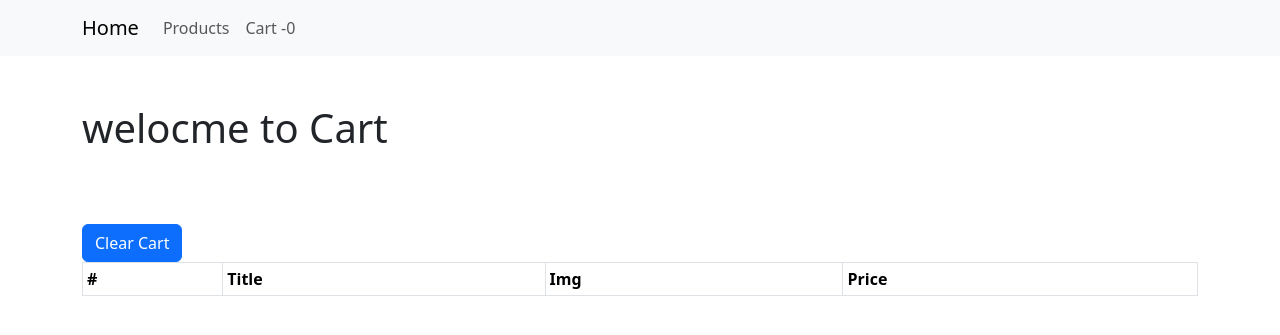
Repository: abdulrahmanmahmood/Basic-Cart-App-Using-Redux-Toolkit
Page: /cart
The author's editor kept a copy of each file at every save. The page is drawn from the files as they stood at one save, then again after the next save.
The browser window is 1280 px wide. The pictures show the whole page.
The project was rebuilt for these pictures with package versions that can differ from the ones it lists, and the page was loaded fresh each time. Also part of the build but not shown: src/App.css, src/components/Produc.js, src/App.js.

Above is the page before, as saved 2023-09-28 21:50:51.

### public/index.html
<!DOCTYPE html>
<html lang="en">
  <head>
    <meta charset="utf-8" />
    <link rel="icon" href="%PUBLIC_URL%/favicon.ico" />
    <meta name="viewport" content="width=device-width, initial-scale=1" />
    <meta name="theme-color" content="#000000" />
    <meta
      name="description"
      content="Web site created using create-react-app"
    />

    <title>React App</title>
  </head>
  <body>
    <div id="root"></div>

  </body>
</html>

### src/index.js
import React from "react";
import ReactDOM from "react-dom/client";
import "./index.css";
import App from "./App";
import "bootstrap/dist/css/bootstrap.min.css";
import { createBrowserRouter, RouterProvider } from "react-router-dom";
import AppNavbar from "./components/AppNavbar";
import Cart from "./components/Cart";
import { Provider } from "react-redux";
import {store} from './rtk/store';
const router = createBrowserRouter([
  {
    path: "/",
    element: <App />,
  },
  {
    path: "/cart",
    element: (
      <>
        <AppNavbar />
        <Cart />
      </>
    ),
  },
]);

const root = ReactDOM.createRoot(document.getElementById("root"));
root.render(
  <React.StrictMode>
    <Provider store={store}>
      <RouterProvider router={router}>
        <App />
      </RouterProvider>
    </Provider>
  </React.StrictMode>
);

### src/components/AppNavbar.js
import React, { useEffect } from "react";
import { Container, Nav, NavDropdown, Navbar } from "react-bootstrap";
import { useSelector } from "react-redux";
import { Link } from "react-router-dom";

function AppNavbar() {
  const Cart = useSelector((state)=>state.cart);

useEffect(()=>{

},[])
  return (
    <Navbar expand="lg" className="bg-body-tertiary">
      <Container>
        <Link className="navbar-brand" to="/">
          Home
        </Link>
        <Navbar.Toggle aria-controls="basic-navbar-nav" />
        <Navbar.Collapse id="basic-navbar-nav">
          <Nav className="me-auto">
            <Link className="nav-link" to="/">
              Products
            </Link>
            <Link className="nav-link" to="/cart">
              Cart -{Cart.length}
            </Link>
          </Nav>
        </Navbar.Collapse>
      </Container>
    </Navbar>
  );
}

export default AppNavbar;

### src/components/Cart.js
import React from 'react'
import { useDispatch, useSelector } from 'react-redux'
import { clearCart, deleteFromCart } from '../rtk/slicess/cart-slice'
import { Container, Table, Button } from 'react-bootstrap'

function Cart() {
  const dispatch = useDispatch()
  const cart = useSelector((state)=>state.cart)
  return (
    <Container>
    <h1 className='py-5'>welocme to Cart</h1>
    <Button className='mt-3' onClick={()=>dispatch(clearCart())}>Clear Cart</Button>
    <Table striped bordered hover size="sm">
      <thead>
        <tr>
          <th>#</th>
          <th>Title</th>
          <th>Img</th>
          <th>Price</th>
        </tr>
      </thead>
      <tbody>
        {cart.map((item)=>(
    <tr key={item.id}>
    <td>{item.id}</td>
    <td>{item.title}</td>
    <td><img src={item.image} alt="" width={"100px"} height={"120px"} /></td>
    <td>{item.price} $</td>
    <td><Button variant='danger' onClick={()=>dispatch(deleteFromCart(item))}>Delete</Button></td>
  </tr>
        ))}


      </tbody>
    </Table>
    </Container>
  )
}

export default Cart

### src/rtk/store.js
import { configureStore } from '@reduxjs/toolkit'
import productsReducer from './slicess/products-slice'
import CartReducer from './slicess/cart-slice';

export const store = configureStore({
  reducer: {
    products:productsReducer,
    cart:CartReducer,
  },
})

### src/rtk/slicess/cart-slice.js
import { createSlice } from "@reduxjs/toolkit";

const cartSlice = createSlice({
  name:"cartSlice",
  initialState:[],
  reducers:{
    AddToCart:(state,action)=>{
      state = state.push(action.payload);
    },
    deleteFromCart:(state,action)=>{
    return  state = state.filter((item)=>item.id !== action.payload.id);
    },
    clearCart:(state, actoin)=>{
    return  state = []
    }
  },
  extraReducers:(builder)=>{}
});

export const {AddToCart, deleteFromCart, clearCart} = cartSlice.actions;
export default cartSlice.reducer;

### src/rtk/slicess/products-slice.js
import { createAsyncThunk, createSlice } from "@reduxjs/toolkit";


export const fetchProducts = createAsyncThunk("productsSlice/fetchProducts", async ()=>{
  const res = await fetch("https://fakestoreapi.com/products");
  const data = await res.json();
  return data;
})

const productsSlice = createSlice({
  name:"productsSlice",
  initialState:[],
  reducers:{

  },
  extraReducers:(builder)=>{
    builder.addCase(fetchProducts.pending,(state,action)=>{

    });
  builder.addCase(fetchProducts.fulfilled,(state,action)=>{
    return action.payload
  });
  builder.addCase(fetchProducts.rejected, (state,action)=>{

  })

  }
})

export const {} = productsSlice.actions;

export default productsSlice.reducer;

Loaded but not shown: src/index.css (common file)

After the next save:
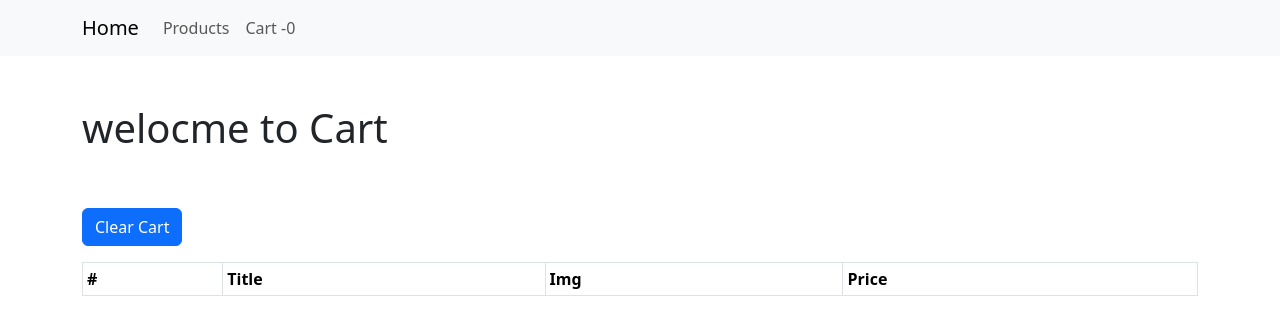
Saved 13 s later.
--- a/src/components/Cart.js
+++ b/src/components/Cart.js
@@ -9,7 +9,7 @@ function Cart() {
   return (
     <Container>
     <h1 className='py-5'>welocme to Cart</h1>
-    <Button className='mt-3' onClick={()=>dispatch(clearCart())}>Clear Cart</Button>
+    <Button className='mb-3' onClick={()=>dispatch(clearCart())}>Clear Cart</Button>
     <Table striped bordered hover size="sm">
       <thead>
         <tr>
